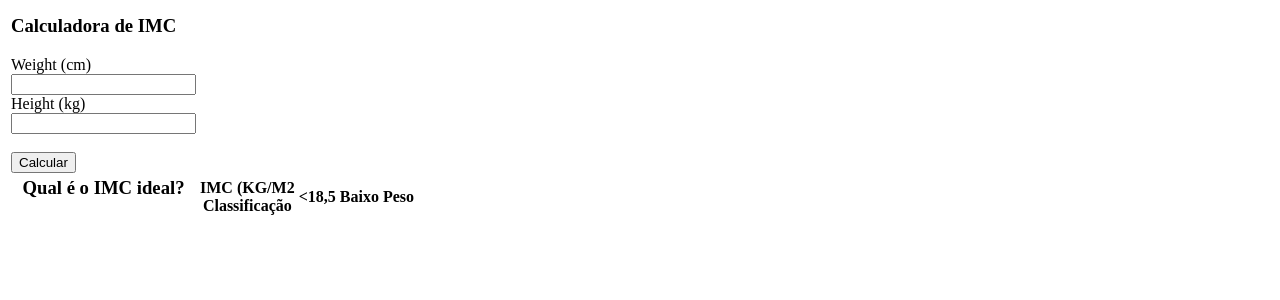
Repository: Patriciamativi/Projetos
Page: index.html
An editor plug-in stored every save of this project. The page is shown before and after the next save, followed by the edit.
The browser window is 1280 px wide. The pictures show the whole page.

Above is the page before, as saved 2022-11-21 15:20:09.

After the next save:
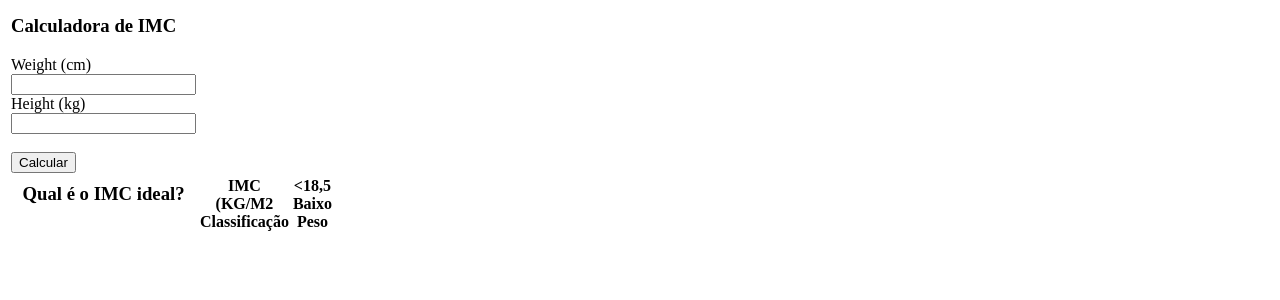
Saved 4 s later.
--- a/index.html
+++ b/index.html
@@ -6,7 +6,7 @@
         <style type="text/css">
 
             p {
-                /*border: 5px groove rgb(168, 50, 247);
+                /*border: 5px groove rgb(168, 50, 247);*/
                 border-radius: 5px;
                 width: 217px;
             }
